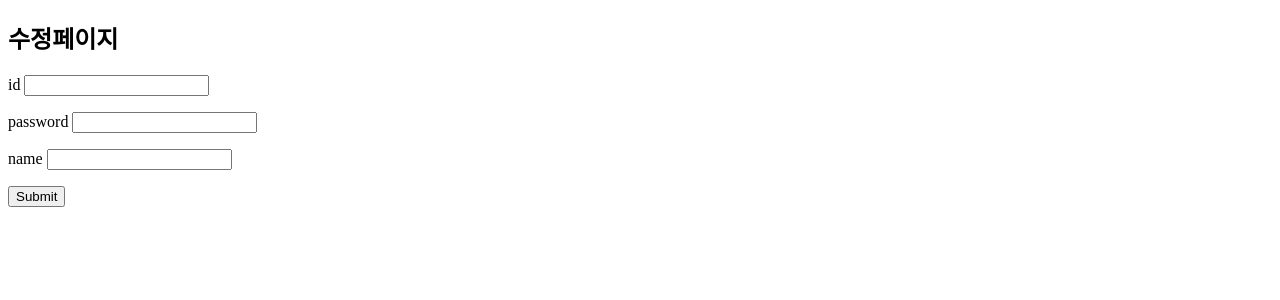
Repository: design-view/jspstudy
Page: http://localhost/GreenJsp/04jdbc/memberedit.jsp
These files come from the project's save history. The page is drawn as it stood at one moment and after the next save; the edit follows.
The browser window is 1280 px wide. The pictures show the whole page.
The page is served by Tomcat 9. Queries for data that is not in the repository find no rows.

Above is the page before, as saved 2024-01-12 06:12:32.

After the next save:
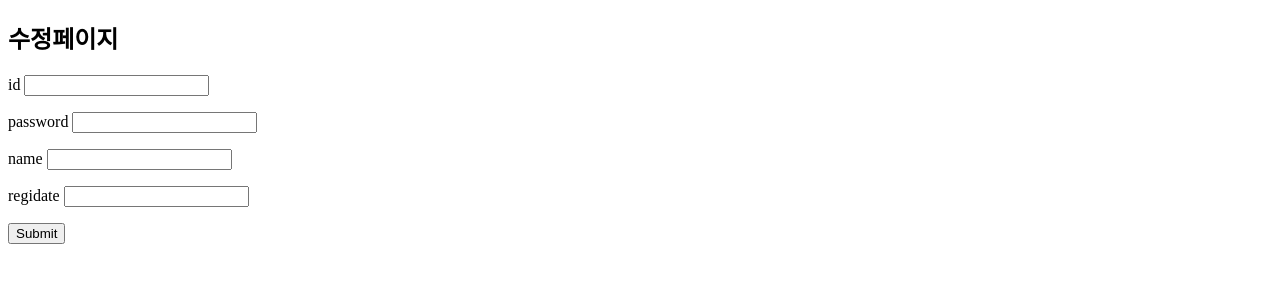
Saved 3 min 59 s later.
--- a/GreenJsp/src/main/webapp/04jdbc/memberedit.jsp
+++ b/GreenJsp/src/main/webapp/04jdbc/memberedit.jsp
@@ -1,3 +1,4 @@
+<%@page import="java.util.Date"%>
 <%@page import="java.sql.ResultSet"%>
 <%@page import="java.sql.PreparedStatement"%>
 <%@page import="common.JDBCConnect"%>
@@ -17,12 +18,21 @@
 		PreparedStatement psmt = jdbc.con.prepareStatement(query);
 		psmt.setString(1, id);
 		ResultSet rs=psmt.executeQuery();
+		String password;
+		String name;
+		Date date;
+		if(rs.next()){
+				password = rs.getString("pass");
+				name = rs.getString("name");
+				date = rs.getDate("regidate");
+		}
 	%>
 	<h2>수정페이지</h2>
 	<form method="post" action="memberupdate_process.jsp">
 		<p>id <input type="text" name="id" /></p>
 		<p>password <input type="text" name="pw" /></p>
 		<p>name <input type="text" name="username" /></p>
+		<p>regidate <input type="text" name="regidate" /></p>
 		<p><input type="submit" /></p>
 	</form>
 </body>
